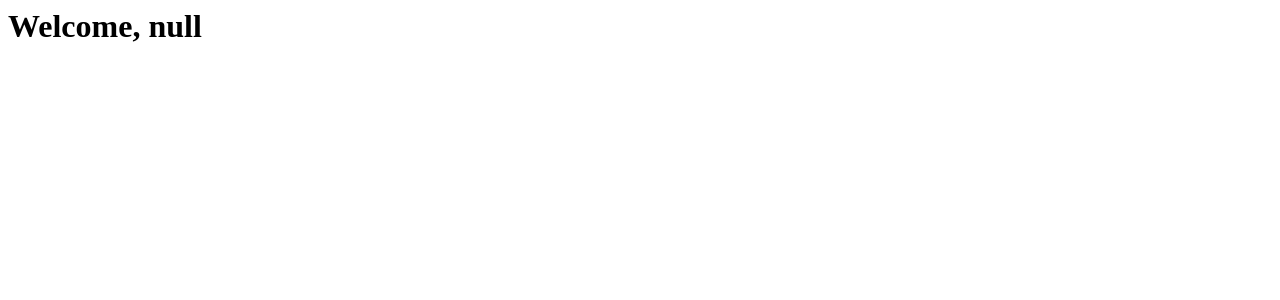
Repository: 1909-blake-william/demos
Page: http://localhost/FrontControllerExample/home.jsp
These files come from the project's save history. The page is drawn as it stood at one moment and after the next save; the edit follows.
The browser window is 1280 px wide. The pictures show the whole page.
The page is served by Tomcat 9.

Above is the page before, as saved 2019-11-12 20:29:14.

After the next save:
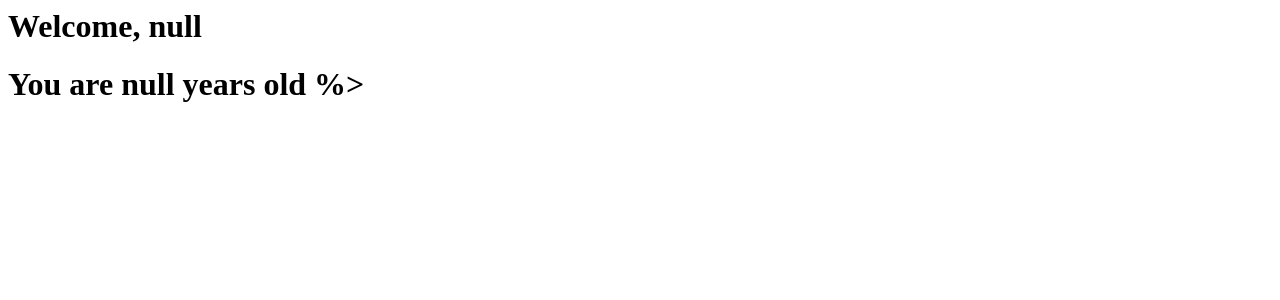
Saved 49 s later.
--- a/FrontControllerExample/src/main/webapp/home.jsp
+++ b/FrontControllerExample/src/main/webapp/home.jsp
@@ -3,7 +3,8 @@
 	<title>Welcome home!</title>
 </head>
 <body>
-	<h1>Welcome, <%= session.getAttribute("firstname") %></h1>
+	<h1>Welcome, <%= session.getAttribute("currentUser") %></h1>
+	<h1>You are <%= session.getAttribute("age") %> years old %></h1>
 
 </body>
 
